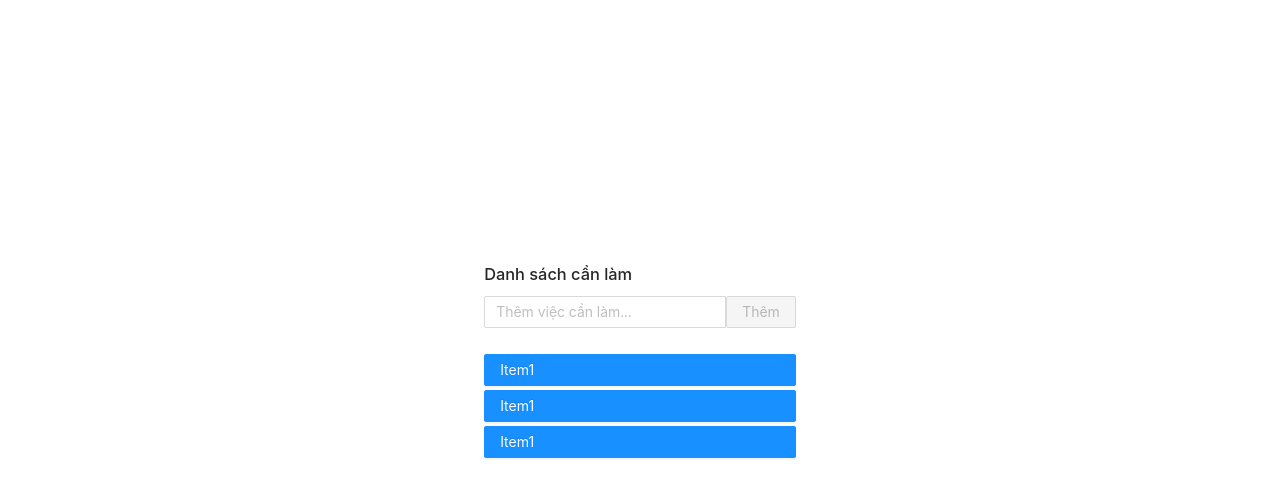
Repository: tiendungjr123/Todo-App
Page: /
These files come from the project's save history. The page is drawn as it stood at one moment and after the next save; the edit follows.
The browser window is 1280 px wide. The pictures show the whole page.
The project was rebuilt for these pictures with package versions that can differ from the ones it lists, and the page was loaded fresh each time.

Above is the page before, as saved 2022-09-22 10:35:12.

### src/index.js
import React from 'react';
import ReactDOM from 'react-dom/client';
import './index.css';
import App from './App';
import 'antd/dist/antd.css';
const root = ReactDOM.createRoot(document.getElementById('root'));
root.render(
  <React.StrictMode>
    <App />
  </React.StrictMode>
);

### src/index.css
body {
  margin: 0;
  font-family: -apple-system, BlinkMacSystemFont, 'Segoe UI', 'Roboto', 'Oxygen',
    'Ubuntu', 'Cantarell', 'Fira Sans', 'Droid Sans', 'Helvetica Neue',
    sans-serif;
  display: flex;
  justify-content: center;
  align-items: center;
  padding: 20px;
  font-size: 20px;
}

code {
  font-family: source-code-pro, Menlo, Monaco, Consolas, 'Courier New',
    monospace;
}

### src/App.js
import TodoList from "./component/TodoList";
import { Input, Button } from "antd";

function App() {
  return (
    <>
      <h3>Danh sách cần làm</h3>
      <Input.Group
        style={{
          display: "flex",
        }}
      >
        <Input placeholder="Thêm việc cần làm..." />
        <Button disabled='false' type="primary">Thêm</Button>
      </Input.Group>
      <br/>
      <TodoList />
    </>
  );
}

export default App;

### src/component/TodoList.jsx
import React from "react";
import Todo from "./Todo";

export default function TodoList() {
  return (
    <>
      <Todo/>
      <Todo/>
      <Todo/>
    </>
  );
}

### src/component/Todo.jsx
import React from "react";
import { Button } from "antd";
import styled from "styled-components";

export default function Todo() {
  return (
    <div
      style={{ display: "flex", flexDirection: "column", }}
    >
      <Button style={{textAlign: "left", marginTop:'4px'}} type="primary">Item1</Button>
    </div>
  );
}

Loaded but not shown: public/index.html (common file)

After the next save:
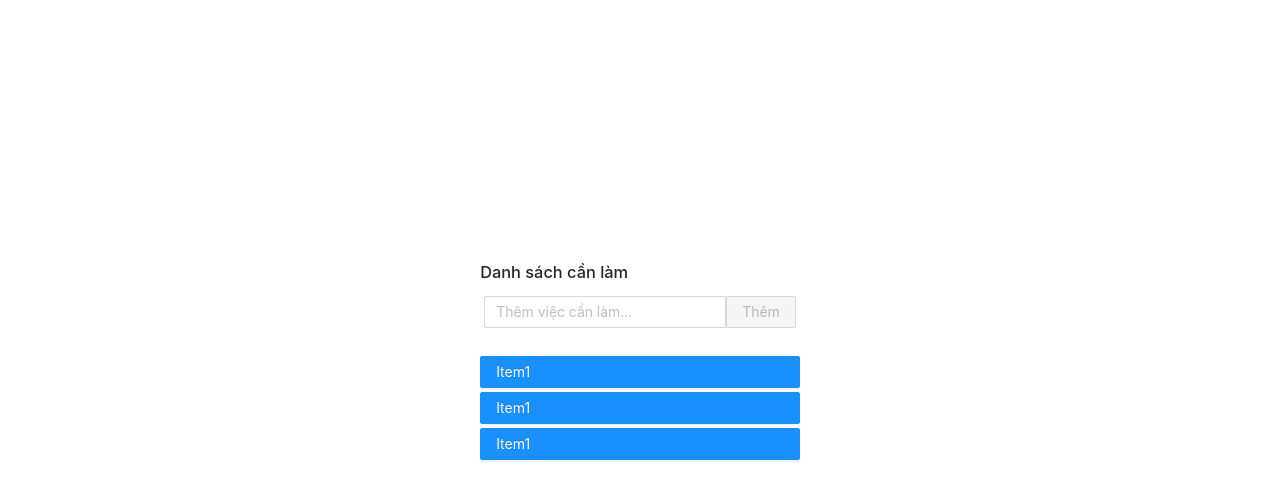
Saved 3 min 0 s later.
--- a/src/App.js
+++ b/src/App.js
@@ -8,6 +8,7 @@
       <Input.Group
         style={{
           display: "flex",
+          padding:"2px 4px 2px"
         }}
       >
         <Input placeholder="Thêm việc cần làm..." />

After the save that followed:
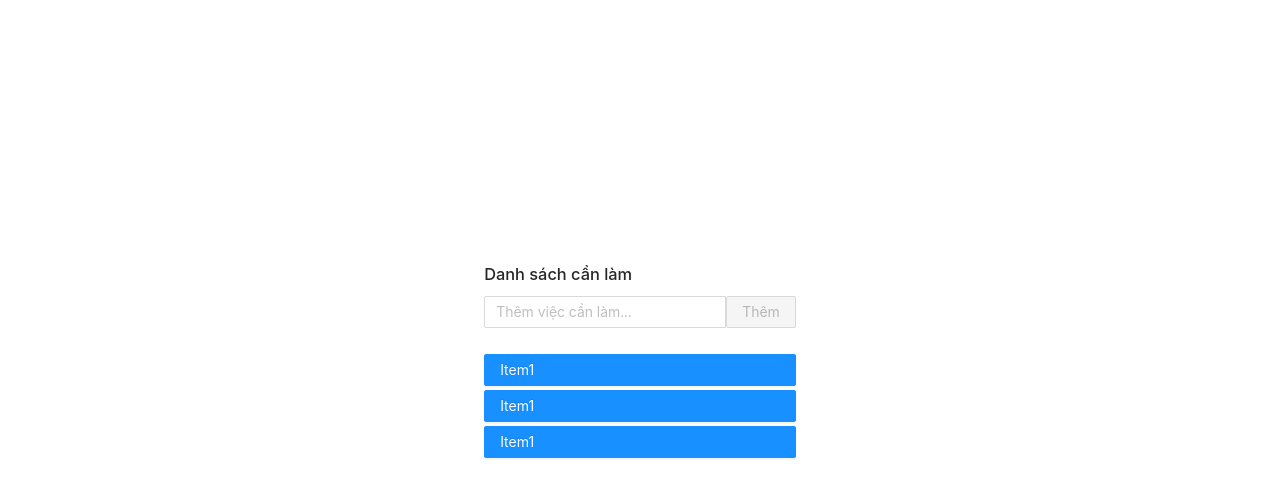
Saved 28 s later.
--- a/src/App.js
+++ b/src/App.js
@@ -8,7 +8,7 @@
       <Input.Group
         style={{
           display: "flex",
-          padding:"2px 4px 2px"
+
         }}
       >
         <Input placeholder="Thêm việc cần làm..." />
